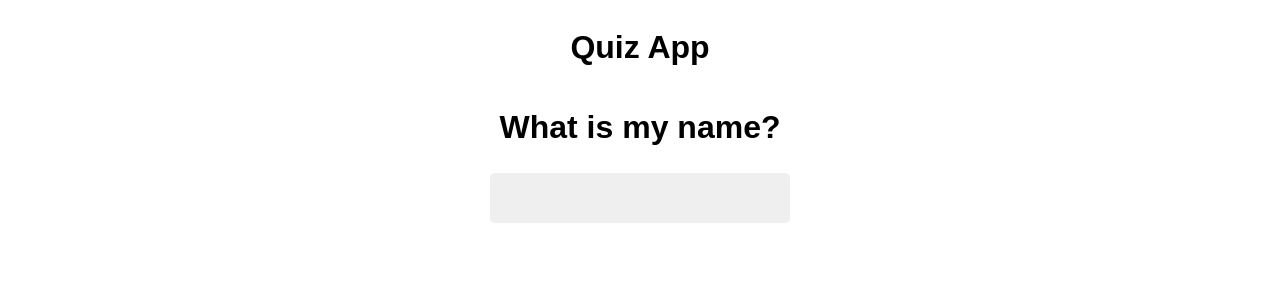
Repository: Wahid137/quiz-app
Page: /, after clicking the first element matching `button`
These files come from the project's save history. The page is drawn as it stood at one moment and after the next save; the edit follows.
The browser window is 1280 px wide. The pictures show the whole page.
The project was rebuilt for these pictures with package versions that can differ from the ones it lists, and the page was loaded fresh each time. Also part of the build but not shown: vite.config.js, src/components/EndScreen.jsx, src/index.css.

Above is the page before, as saved 2023-09-17 02:03:40.

### src/App.jsx
import { useState } from "react";
import "./App.css";
import { GameStateContext } from "./helpers/Context";
import Menu from "./components/Menu";
import Quiz from "./components/Quiz";
import EndScreen from "./components/EndScreen";

function App() {
  const [gameState, setGameState] = useState("menu");
  const [userName, setUserName] = useState("");
  const [score, setScore] = useState(0);

  return (
    <div className="App">
      <h1>Quiz App</h1>
      <GameStateContext.Provider
        value={{
          gameState,
          setGameState,
          userName,
          setUserName,
          score,
          setScore,
        }}
      >
        {gameState === "menu" && <Menu />}
        {gameState === "playing" && <Quiz />}
        {gameState === "finished" && <EndScreen />}
      </GameStateContext.Provider>
    </div>
  );
}

export default App;

### src/App.css
.App{
  text-align: center;
  font-family: arial;
  display: flex;
  justify-content: center;
  align-items: center;
  flex-direction: column;
}

.Menu{
  width: 500px;
  height: 500px;
  border-radius: 10px;
  background-color: lightseagreen;
  display: flex;
  flex-direction: column;
  justify-content: center;
  align-items: center;
}

.Menu input, button{
  width: 300px;
  height: 50px;
  margin: 5px;
  border: none;
  border-radius: 5px;
  font-size: 20px;

}

button:hover{
  background-color:black;
  color: white;
  cursor: pointer;
}

### src/components/Menu.jsx
import "../App.css";
import { useContext } from "react";
import { GameStateContext } from "../helpers/Context";

const Menu = () => {
  const { setGameState, setUsername } = useContext(GameStateContext);

  return (
    <div className="Menu">
      <label>Enter Your Name:</label>
      <input
        type="text"
        placeholder="Ex. Wahid Ahmed"
        onChange={(event) => setUsername(event.target.value)}
      />
      <button onClick={() => setGameState("playing")}>Start Quiz</button>
    </div>
  );
};

export default Menu;

### src/components/Quiz.jsx
import { useState } from "react";
import "../App.css";
import { Questions } from "../helpers/Questions";

const Quiz = () => {
  const [currentQuestion, setCurrentQuestion] = useState(0);
  const [optionChosen, setOptionChosen] = useState("");

  return (
    <div className="Quiz">
      <h1>{Questions[currentQuestion].prompt}</h1>
      <div className="questions">
        <button onClick={() => setOptionChosen()}></button>
      </div>
    </div>
  );
};

export default Quiz;

### src/helpers/Questions.jsx
export const Questions = [
  {
    prompt: "What is my name?",
    optionA: "John",
    optionB: "Jake",
    optionC: "Josh",
    optionD: "Pedro",
    answer: "D",
  },
  {
    prompt: "Which of this is not a programming language?",
    optionA: "Python",
    optionB: "JavaScript",
    optionC: "MC-03",
    optionD: "Java",
    answer: "C",
  },
  {
    prompt: "Which of this is not a javascript framework?",
    optionA: "React",
    optionB: "Angular",
    optionC: "Vue",
    optionD: "Java",
    answer: "D",
  },
];

Loaded but not shown: index.html (common file); src/main.jsx (common file); src/helpers/Context.jsx (common file)

After the next save:
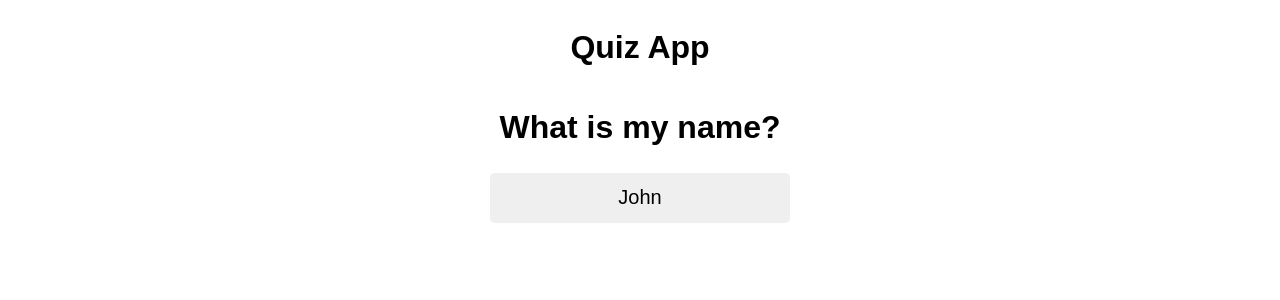
Saved 55 s later.
--- a/src/components/Quiz.jsx
+++ b/src/components/Quiz.jsx
@@ -10,7 +10,9 @@ const Quiz = () => {
     <div className="Quiz">
       <h1>{Questions[currentQuestion].prompt}</h1>
       <div className="questions">
-        <button onClick={() => setOptionChosen()}></button>
+        <button onClick={() => setOptionChosen("A")}>
+          {Questions[currentQuestion].optionA}
+        </button>
       </div>
     </div>
   );
